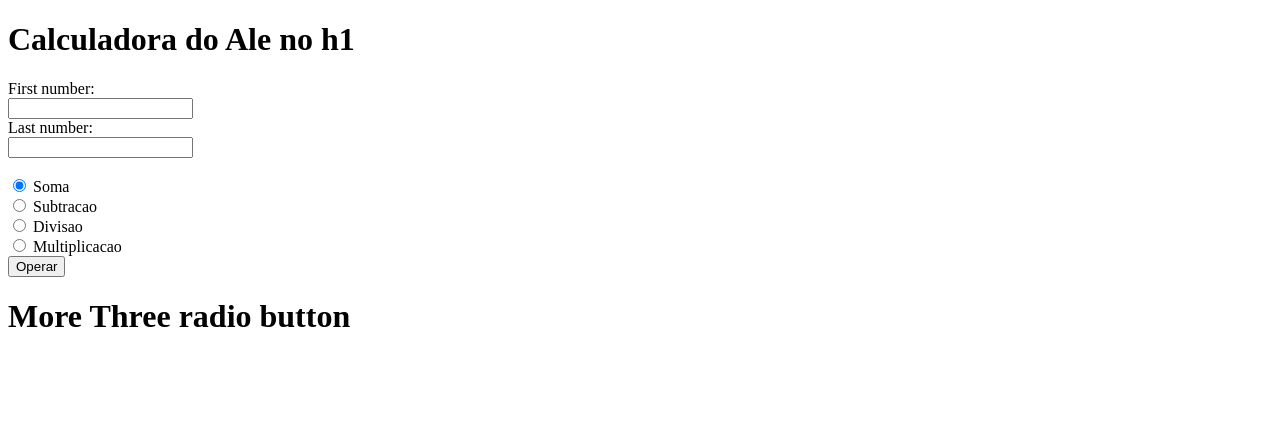
Repository: Alexandre-engelmann/git_lucas_mentory
Page: http://localhost/Calculadora/
These files come from the project's save history. The page is drawn as it stood at one moment and after the next save; the edit follows.
The browser window is 1280 px wide. The pictures show the whole page.
The page is served by Tomcat 9.

Above is the page before, as saved 2019-12-20 12:14:09.

After the next save:
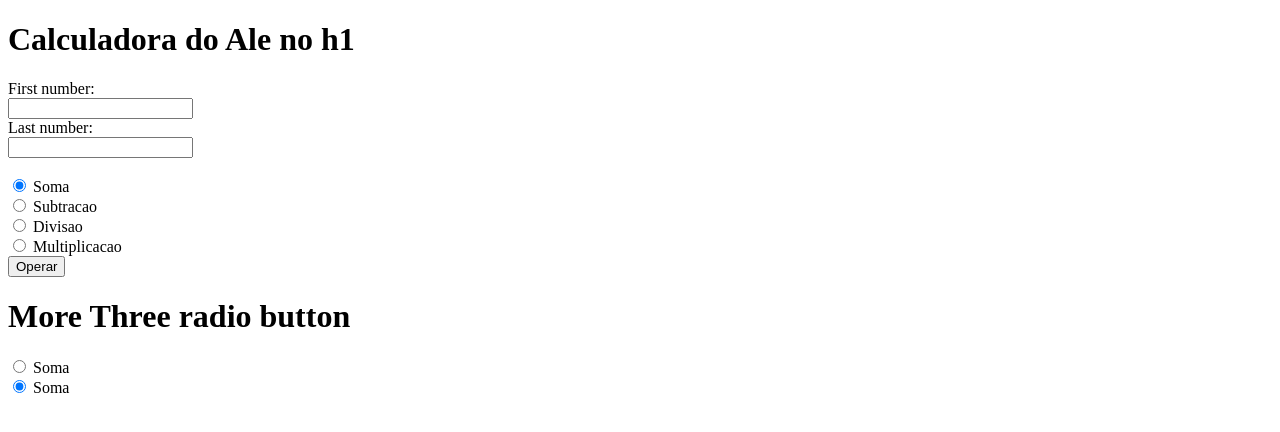
Saved 2 min 34 s later.
--- a/Calculadora/WebContent/index.jsp
+++ b/Calculadora/WebContent/index.jsp
@@ -26,7 +26,10 @@
 </form>
 
 <h1>More Three radio button</h1>
-
+<form action="String operation">
+<input type="radio" name="Operacao" value="soma" checked> Soma<br>
+<input type="radio" name="Operacao" value="soma" checked> Soma<br>
+</form>
 
 
 </body>
